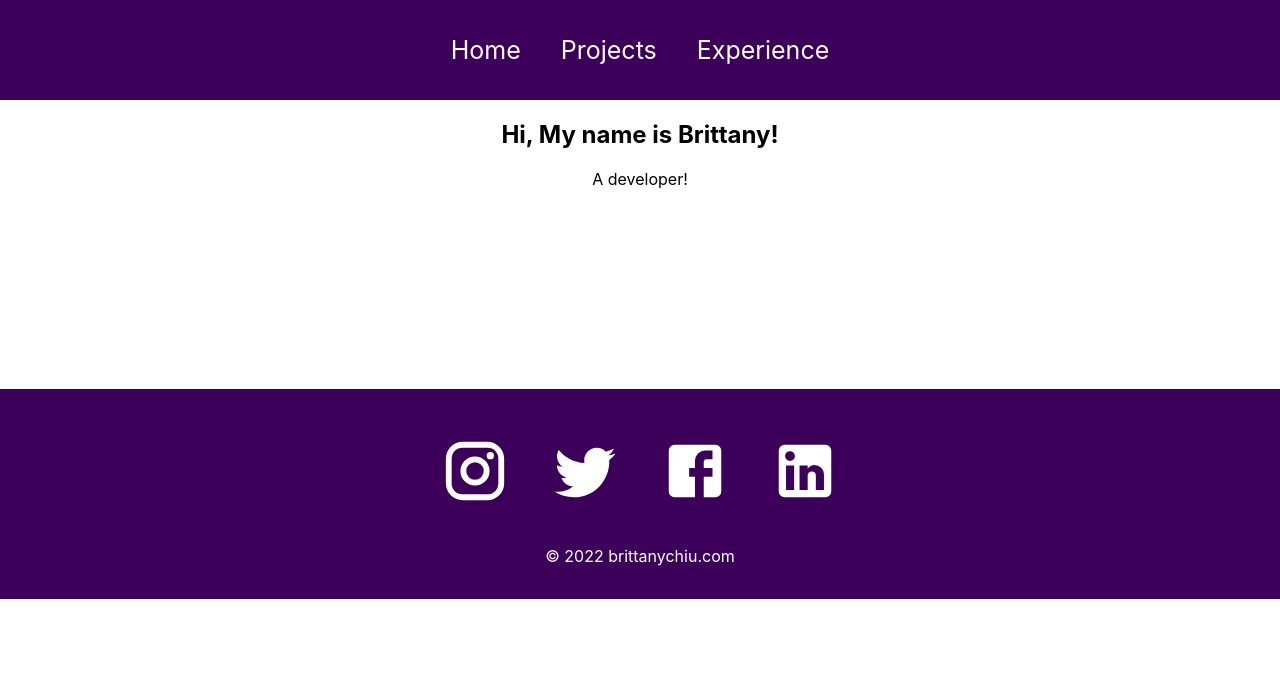
Repository: chiubacca94/chiufolio
Page: /
These files come from the project's save history. The page is drawn as it stood at one moment and after the next save; the edit follows.
The browser window is 1280 px wide. The pictures show the whole page.
The project was rebuilt for these pictures with package versions that can differ from the ones it lists, and the page was loaded fresh each time. Also part of the build but not shown: src/components/Projects/Projects.js, src/components/Experiences/Experiences.js.

Above is the page before, as saved 2022-07-03 23:05:22.

After the next save:
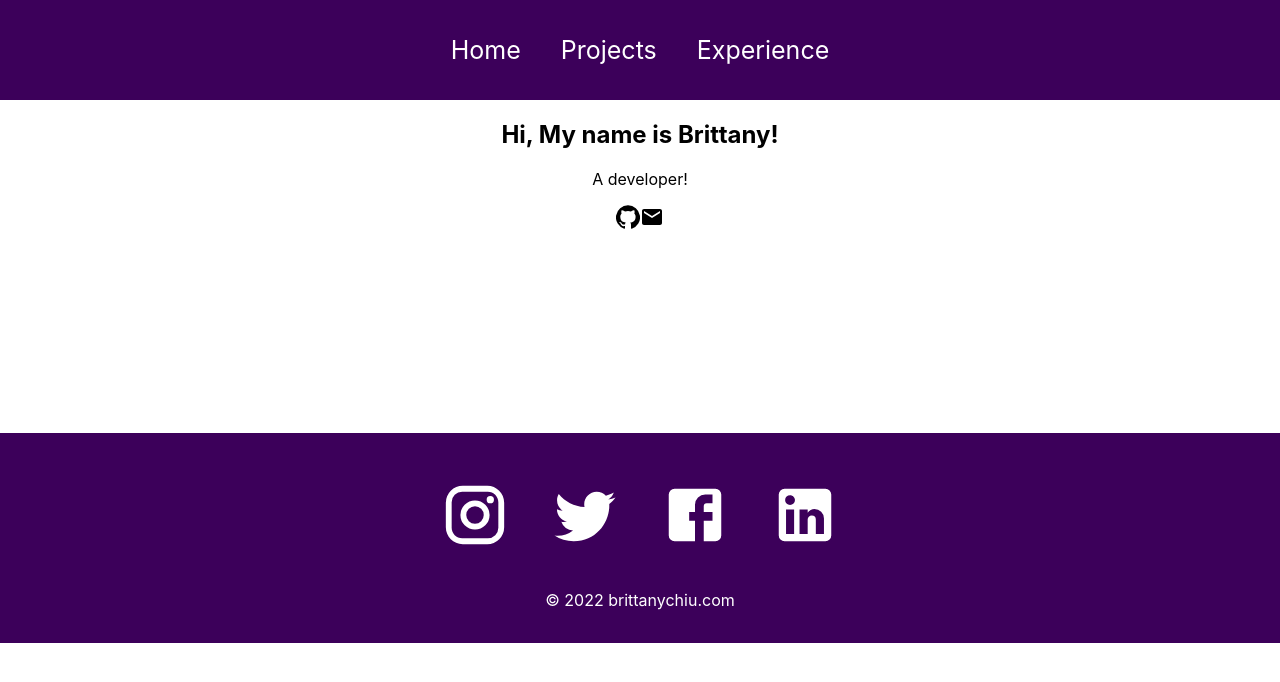
Saved 22 s later.
--- a/src/components/Home/Home.js
+++ b/src/components/Home/Home.js
@@ -8,6 +8,8 @@ export default function Home() {
         <div className='about'>
             <h2>Hi, My name is Brittany!</h2>
             <div className='prompt'><p> A developer!</p></div>
+            <GitHubIcon />
+            <EmailIcon />
         </div>
     </div>
   )
